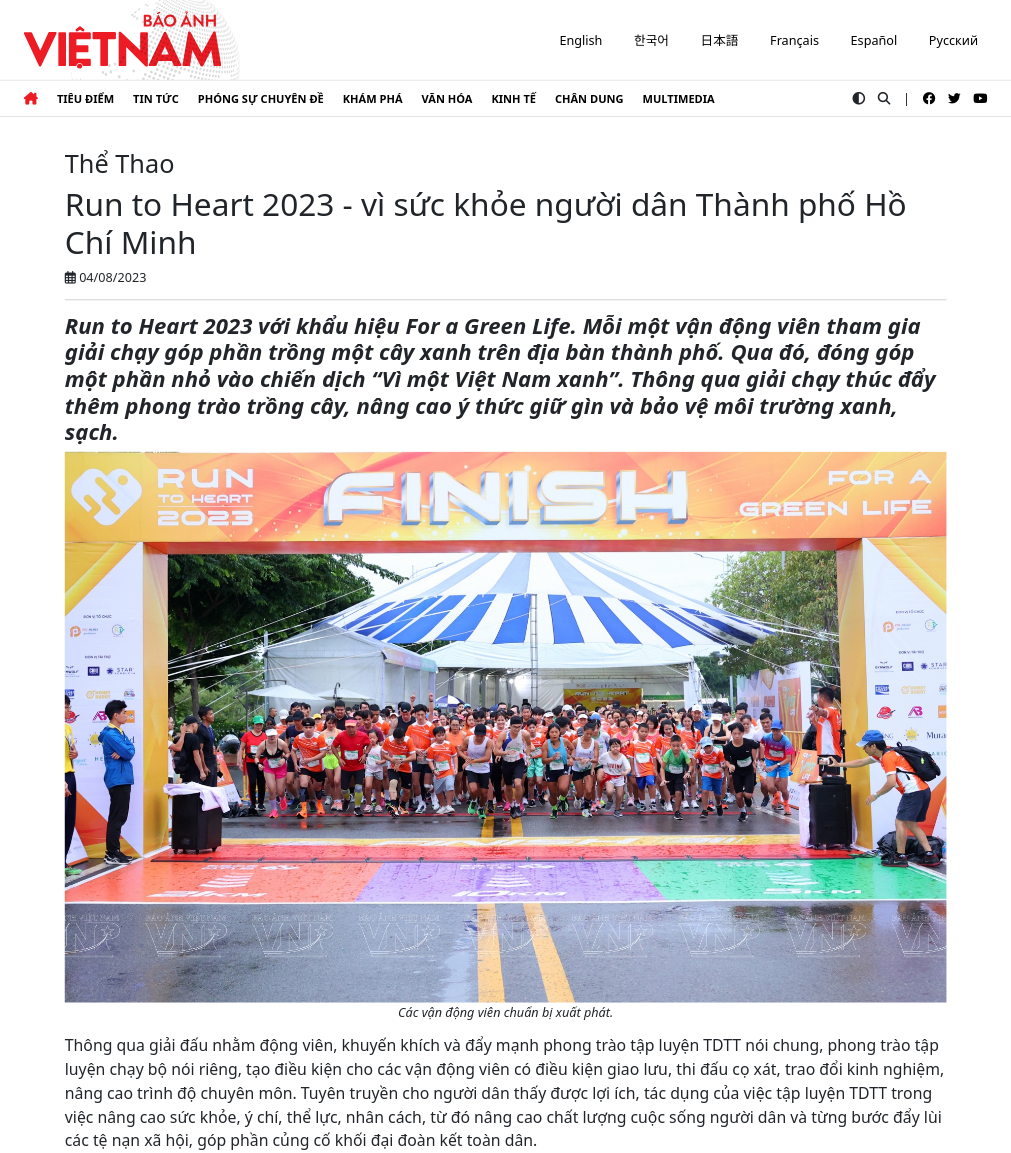
Repository: kietdotshp/webtintuc
Page: Detail.html
These files come from the project's save history. The page is drawn as it stood at one moment and after a run of saves; the edit follows.
The browser window is 1280 px wide. The pictures show the whole page, at 79% of full size.
Some web libraries are served in a nearby version.

Above is the page before, as saved 2023-08-10 16:22:24.

### Detail.html
<!DOCTYPE html>
<html lang="en">

<head>
    <title></title>
    <meta charset="UTF-8">
    <meta name="viewport" content="width=device-width, initial-scale=1">
    <link href="assets/css/detail.css" rel="stylesheet">
    <link href="https://cdn.jsdelivr.net/npm/bootstrap@5.3.1/dist/css/bootstrap.min.css" rel="stylesheet"
        integrity="sha384-4bw+/aepP/YC94hEpVNVgiZdgIC5+VKNBQNGCHeKRQN+PtmoHDEXuppvnDJzQIu9" crossorigin="anonymous">
    <link href="https://cdn.jsdelivr.net/npm/bootstrap@5.3.1/dist/css/bootstrap.min.css" rel="stylesheet"
        integrity="sha384-4bw+/aepP/YC94hEpVNVgiZdgIC5+VKNBQNGCHeKRQN+PtmoHDEXuppvnDJzQIu9" crossorigin="anonymous" />
    <script src="https://cdn.jsdelivr.net/npm/bootstrap@5.3.1/dist/js/bootstrap.bundle.min.js"></script>
    <script src="https://kit.fontawesome.com/a076d05399.js"></script>
    <link rel="stylesheet" href="https://cdnjs.cloudflare.com/ajax/libs/font-awesome/6.4.2/css/all.min.css"
        integrity="sha512-z3gLpd7yknf1YoNbCzqRKc4qyor8gaKU1qmn+CShxbuBusANI9QpRohGBreCFkKxLhei6S9CQXFEbbKuqLg0DA=="
        crossorigin="anonymous" referrerpolicy="no-referrer" />

    <link rel="stylesheet" href="https://cdnjs.cloudflare.com/ajax/libs/font-awesome/4.7.0/css/font-awesome.min.css" />
</head>

<header>
    <div class="container-custom">
        <section class="d-flex align-items-center justify-content-between">
            <!-- Web logo -->
            <figure class="web-logo">
                <img src="./assets/images/logo-vi.svg" alt="Logo" class="img-contain" />
            </figure>

            <div class="d-none d-lg-flex align-items-center gap-3">
                <a href="javascript:void(0)" class="choose-lang">English</a>
                <a href="javascript:void(0)" class="choose-lang">한국어</a>
                <a href="javascript:void(0)" class="choose-lang">日本語</a>
                <a href="javascript:void(0)" class="choose-lang">Français</a>
                <a href="javascript:void(0)" class="choose-lang">Español</a>
                <a href="javascript:void(0)" class="choose-lang">Русский</a>
            </div>

            <a class="mobile-menu d-lg-none" href="javascript:void(0)">
                <i class="fa-solid fa-bars-staggered fs-2"></i>
            </a>
        </section>
    </div>

    <div class="line-seperate-horizontal"></div>

    <div class="container-custom">
        <section class="d-flex align-items-center justify-content-between py-3 py-lg-0">
            <div class="d-flex align-items-center gap-4 gap-xxl-5">
                <a href="javascript:void(0)">
                    <i class="fa-solid fa-house-chimney color-primary"></i>
                </a>

                <div class="d-none d-lg-flex align-items-center gap-4 gap-xxl-5">
                    <a href="javascript:void(0)" class="menu-item">Tiêu điểm</a>
                    <a href="javascript:void(0)" class="menu-item">Tin tức</a>
                    <a href="javascript:void(0)" class="menu-item">Phóng sự chuyên đề</a>
                    <a href="javascript:void(0)" class="menu-item">Khám phá</a>
                    <a href="javascript:void(0)" class="menu-item">Văn hóa</a>
                    <a href="javascript:void(0)" class="menu-item">Kinh tế</a>
                    <a href="javascript:void(0)" class="menu-item">Chân dung</a>
                    <a href="javascript:void(0)" class="menu-item">Multimedia</a>
                </div>
            </div>

            <div class="d-flex align-items-center gap-3">
                <div class="d-flex align-items-center gap-3">
                    <div class="cursor-pointer">
                        <i class="fa-solid fa-circle-half-stroke"></i>
                    </div>
                    <div class="cursor-pointer">
                        <i class="fa-solid fa-magnifying-glass"></i>
                    </div>
                </div>

                <div class="d-lg-none d-xl-block">|</div>

                <div class="d-lg-none d-xl-flex align-items-center gap-3">
                    <a href="javascript:void(0)">
                        <i class="fa-brands fa-facebook-f"></i>
                    </a>
                    <a href="javascript:void(0)">
                        <i class="fa-brands fa-twitter"></i>
                    </a>
                    <a href="javascript:void(0)">
                        <i class="fa-brands fa-youtube"></i>
                    </a>
                </div>
            </div>
        </section>
    </div>
</header>
<div class="line-seperate-horizontal"></div>

<body>
    <div class="container">
        <div class="detailmenu">
            <h2>
                <link href="#" target="kiểu mở liên kết">Thể Thao</link>
            </h2>
            <h1>Run to Heart 2023 - vì sức khỏe người dân Thành phố Hồ Chí Minh</h1>
            <div class="timeline">
                <time>
                    <i class="fa-regular fa-calendar"></i>
                    04/08/2023
                </time>
            </div>
            <hr />
        </div>
        <div>
            <h3>
                <span class="title">Run to Heart 2023 với khẩu hiệu For a Green Life.
                    Mỗi một vận động viên tham gia giải chạy góp phần trồng một cây xanh trên địa bàn thành phố.
                    Qua đó, đóng góp một phần nhỏ vào chiến dịch “Vì một Việt Nam xanh”. Thông qua giải chạy thúc đẩy
                    thêm phong trào trồng cây, nâng cao ý thức giữ gìn và bảo vệ môi trường xanh, sạch.
                </span>
            </h3>
            <img src="assets/images/detail1.jpg">
            <p style="color:darkbluel;text-align:center;font-style:italic;">Các vận động viên chuẩn bị xuất phát.
            </p>
            <div class="content1">Thông qua giải đấu nhằm động viên, khuyến khích và đẩy mạnh phong trào tập luyện TDTT nói chung, phong trào tập luyện chạy bộ nói riêng, tạo điều kiện cho các vận động viên có điều kiện giao lưu, thi đấu cọ xát, trao đổi kinh nghiệm, nâng cao trình độ chuyên môn.

                Tuyên truyền cho người dân thấy được lợi ích, tác dụng của việc tập luyện TDTT trong việc nâng cao sức khỏe, ý chí, thể lực, nhân cách, từ đó nâng cao chất lượng cuộc sống người dân và từng bước đẩy lùi các tệ nạn xã hội, góp phần củng cố khối đại đoàn kết toàn dân.
            </div>
        </div>

    </div>
</body>

</html>

### assets/css/detail.css
:root {
    --main-color: #333;
    --main-red-color: #ed1c24;
    --main-white-color: #fff;
    --main-blue-color-1: #b8dcf3;
    --main-blue-color-2: #467491;
    --main-grey-color-1: #666;
    --main-grey-color-2: #888;
    --main-grey-color-3: #f0f0f0;
    --main-border-color: #e0e0e0;
  }

  /* Common */
  .body {
    display: flex;
    flex-direction: column;
    min-height: 100vh;
    font-size: 16px;
    color: var(--main-color);
    font-family: 'Roboto-Regular', sans-serif;
  }

  .img-cover {
    width: 100%;
    height: 100%;
    object-fit: cover;
  }

  .img-contain {
    width: 100%;
    height: 100%;
    object-fit: contain;
  }

  img {
    max-width: 100%;
    max-height: 100%;
  }

  a {
    text-decoration: none !important;
    color: initial !important;
  }

  .color-primary {
    color: var(--main-red-color);
  }

  .cursor-pointer {
    cursor: pointer;
  }

  .container-custom {
    max-width: 1400px;
    padding-inline: 15px;
    margin: 0 auto;

    @media (min-width: 768px) {
      padding-inline: 30px;
    }
  }

  .text-line-clamp-2 {
    display: -webkit-box;
    -webkit-line-clamp: 2;
    -webkit-box-orient: vertical;
    overflow: hidden;
  }

  .text-line-clamp-3 {
    display: -webkit-box;
    -webkit-line-clamp: 3;
    -webkit-box-orient: vertical;
    overflow: hidden;
  }

  .image-padding-top {
    position: relative;
    padding-top: 56.25%;
  }

  /* Header css */
  .web-logo {
    position: relative;
    padding-block: 14px;
    margin-bottom: 0;
    width: 150px;

    @media (min-width: 992px) {
      width: 250px;
    }
  }

  .web-logo::after {
    content: '';
    background: url('../images/earth-digital.svg') no-repeat;
    width: 100%;
    height: 100%;
    opacity: 0.2;
    position: absolute;
    right: -60px;
    top: 0;
  }

  .choose-lang {
    border-radius: 9999px;
    padding: 6px 12px;
  }

  .choose-lang:hover {
    background-color: var(--main-border-color);
  }

  .line-seperate-horizontal {
    width: 100%;
    height: 1px;
    background-color: #e0e0e0;
  }

  .line-seperate-vertical {
    width: 1px;
    height: 100%;
    background-color: #e0e0e0;
    margin: 0 auto;
  }

  .menu-item {
    text-transform: uppercase;
    font-weight: 700;
    font-size: 14px;
    position: relative;
    padding-block: 12px;
    white-space: nowrap;
  }

  .menu-item::before {
    content: '';
    position: absolute;
    top: -1px;
    left: 50%;
    right: 50%;
    transform: translate(-50%, 0);
    width: 0;
    height: 2px;
    background: var(--main-red-color);
    transition: all 0.2s linear;
  }

  .menu-item:hover:before {
    width: 100%;
  }

  /* Carousel */
  .carousel-item {
    position: absolute !important;
    top: 0;
    left: 0;
    width: 100%;
    height: 100%;
  }

  .carousel-control-next,
  .carousel-control-prev {
    width: 10% !important;
  }

  .carousel-control-prev,
  .carousel-control-next {
    opacity: 0 !important;
  }

  .carousel:hover .carousel-control-prev,
  .carousel:hover .carousel-control-next {
    transition: all 0.3s linear;
    opacity: 1 !important;
  }

  /* Main */
  .content {
    border: 1px solid var(--main-border-color);
    padding: 20px;
  }

  .content-spacing {
    margin-block: 40px;
  }

  .content-title {
    display: inline-block;
    color: var(--main-red-color);
    line-height: 26px;
    font-size: 26px;
    font-weight: 600;
    margin-bottom: 20px;
  }

  .article-title {
    font-size: 22px;
    font-weight: 600;
  }

  .article-title.sub {
    font-size: 16px;
  }

  .article-category {
    text-transform: uppercase;
    font-size: 12px;
    color: var(--main-grey-color-2);
  }

  .content-ul-list {
    padding-left: 20px;
    margin-bottom: 0;
    max-height: 480px;
    overflow: auto;
  }

  .content-ul-list li::marker {
    color: var(--main-red-color);
  }

  /* Spacing */
  .mb-10px {
    margin-bottom: 10px;
  }

  .max-w-40px {
    max-width: 40px !important;
  }
  .h2{
    color: var(--main-red-color);
  }
  .detailmenu{
    margin-top: 40px;
  }
  .title{
    font-weight: 700;
    font-style:italic;
  }
  .content1{
    font-size: 1.25rem;
    line-height: 1.5;

  }

After the next 5 saves:
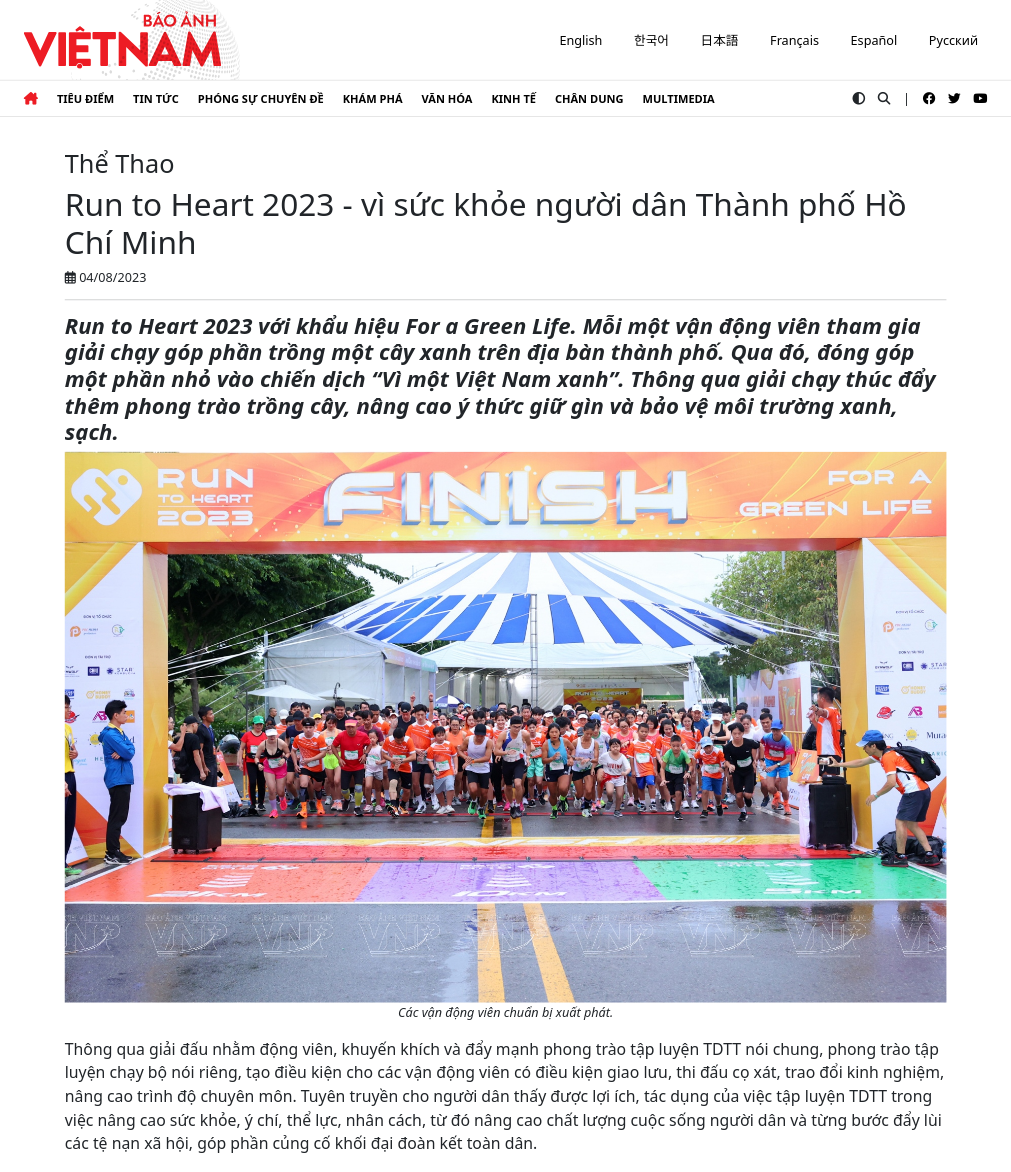
The 5 saves are shown as one change because they came seconds apart.
The last was saved 20 s later.
--- a/assets/css/detail.css
+++ b/assets/css/detail.css
@@ -241,5 +241,5 @@
   .content1{
     font-size: 1.25rem;
     line-height: 1.5;
-
-  }
+    margin: 20px auto;
+  }
